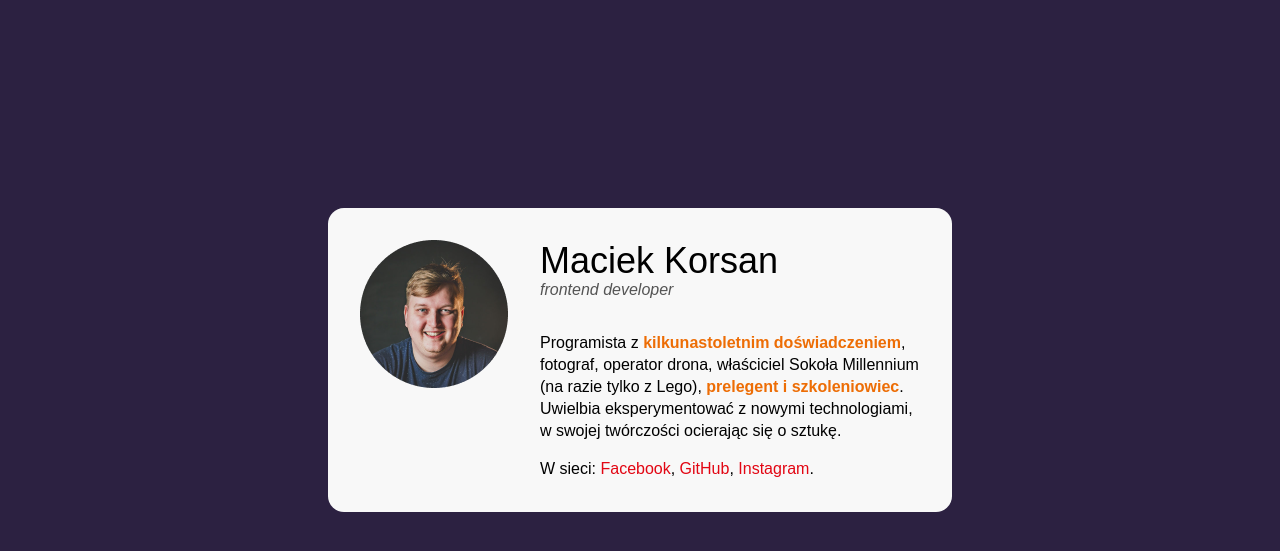
Repository: ArturNatwora/business-card
Page: index.html
The author's editor kept a copy of each file at every save. The page is drawn from the files as they stood at one save, then again after the next save.
The browser window is 1280 px wide. The pictures show the whole page.

Above is the page before, as saved 2019-06-20 00:32:05.

After the next save:
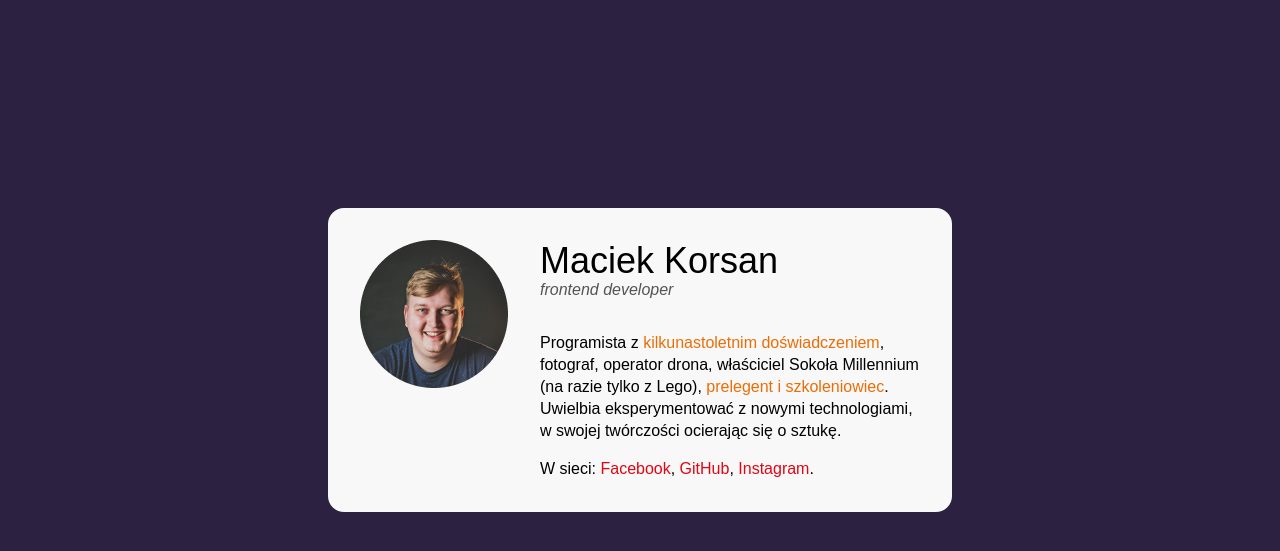
Saved 2 min 34 s later.
--- a/css/style.css
+++ b/css/style.css
@@ -62,7 +62,8 @@ font-family: Arial;
 
 }
 .person__special{
-
+  font-style: normal;
+  font-weight: normal;
 color: #ED6D05;
 }
 div {
